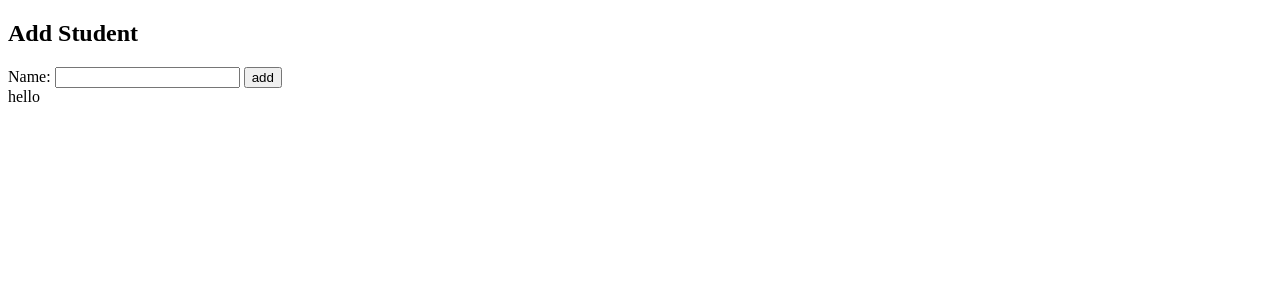
Repository: ardipatengko/j2ee-servlet
Page: http://localhost/SampleServer/Servlet2
The author's editor kept a copy of each file at every save. The page is drawn from the files as they stood at one save, then again after the next save.
The browser window is 1280 px wide. The pictures show the whole page.
The page is served by Tomcat 9. Other server files are loaded and not shown.

Above is the page before, as saved 2017-04-21 02:20:53.

### project4-exercise/SampleServer/WebContent/hello.jsp
<%@ page language="java" contentType="text/html; charset=ISO-8859-1"
    pageEncoding="ISO-8859-1"%>
<!DOCTYPE html PUBLIC "-//W3C//DTD HTML 4.01 Transitional//EN" "http://www.w3.org/TR/html4/loose.dtd">
<html>
<head>
<meta http-equiv="Content-Type" content="text/html; charset=ISO-8859-1">
<title>Insert title here</title>
</head>
<body>
<% String hello = (String) session.getAttribute("greeting"); %>

<h2> Add Student </h2>
<form action="Servlet2" method="post">
	<label> Name: </label>
	<input type="text" name="name"/>
	<input type="submit" value="add" />
</form>
<label> <%= hello %> </label>
</body>
</html>

### project4-exercise/SampleServer/src/servletPackage/Servlet2.java
package servletPackage;

import java.io.IOException;
import java.util.ArrayList;
import java.util.List;

import javax.servlet.ServletException;
import javax.servlet.annotation.WebServlet;
import javax.servlet.http.HttpServlet;
import javax.servlet.http.HttpServletRequest;
import javax.servlet.http.HttpServletResponse;

/**
 * Servlet implementation class Servlet2
 */
@WebServlet("/Servlet2")
public class Servlet2 extends HttpServlet {
	private static final long serialVersionUID = 1L;

    /**
     * @see HttpServlet#HttpServlet()
     */
    public Servlet2() {
        super();
        // TODO Auto-generated constructor stub
    }

	/**
	 * @see HttpServlet#doGet(HttpServletRequest request, HttpServletResponse response)
	 */
    List<String> nameList = new ArrayList<>();

	protected void doGet(HttpServletRequest request, HttpServletResponse response) throws ServletException, IOException {
		// TODO Auto-generated method stub
		nameList.add("Ardi");
		nameList.add("Pratama");
		request.getSession().setAttribute("list", nameList);
		request.getSession().setAttribute("greeting", "hello");
		request.getRequestDispatcher("/hello.jsp").forward(request, response);
	}

	@Override
	protected void doPost(HttpServletRequest request, HttpServletResponse response) throws ServletException, IOException {
		// TODO Auto-generated method stub
		String nama = "";
		nama = request.getParameter("name").toString();
		request.getSession().setAttribute("greeting", nama);
		//nameList.add(nama);
		//request.getSession().setAttribute("list", nameList);
		request.getRequestDispatcher("/hello.jsp").forward(request, response);
	}

}

After the next save:
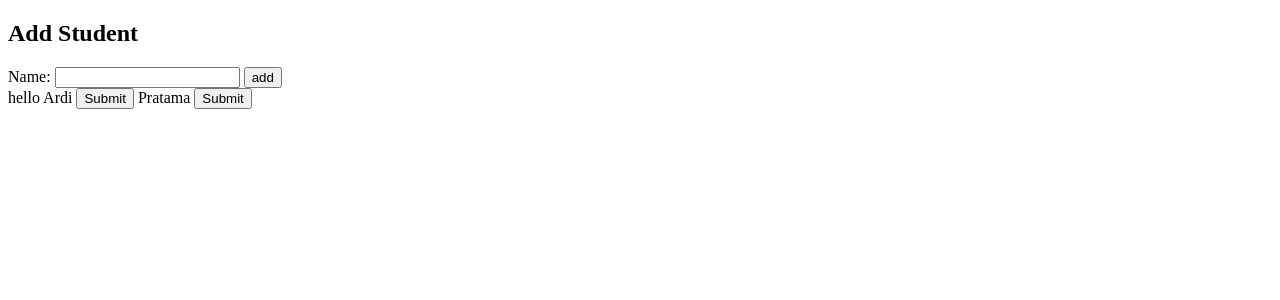
Saved 4 min 0 s later.
--- a/project4-exercise/SampleServer/WebContent/hello.jsp
+++ b/project4-exercise/SampleServer/WebContent/hello.jsp
@@ -1,3 +1,4 @@
+<%@page import="java.util.ArrayList"%>
 <%@ page language="java" contentType="text/html; charset=ISO-8859-1"
     pageEncoding="ISO-8859-1"%>
 <!DOCTYPE html PUBLIC "-//W3C//DTD HTML 4.01 Transitional//EN" "http://www.w3.org/TR/html4/loose.dtd">
@@ -16,5 +17,9 @@
 	<input type="submit" value="add" />
 </form>
 <label> <%= hello %> </label>
+<% for(String data : (ArrayList<String>) session.getAttribute("list")) { %>
+	<label> <%= data %></label>
+	<input type="submit" />
+<% } %>
 </body>
 </html>
